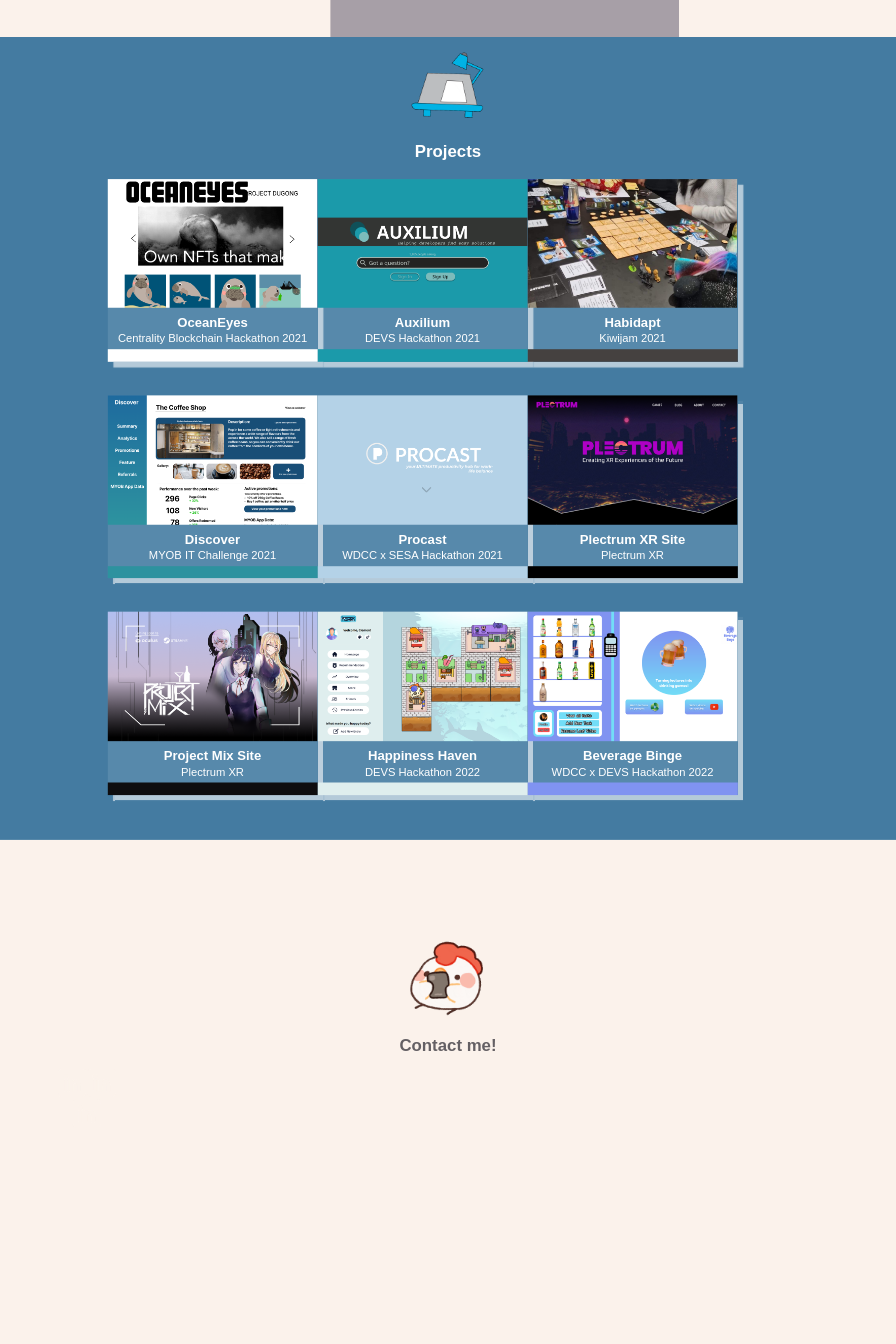
Repository: lukisoo/lukisoo-portfolio
Page: /
These files come from the project's save history. The page is drawn as it stood at one moment and after the next save; the edit follows.
The browser window is 1280 px wide. The pictures show the part of the page from y = 1387 to 3307 px (the page is 3307 px tall), at 70% of full size.
The project was rebuilt for these pictures with package versions that can differ from the ones it lists, and the page was loaded fresh each time.

Above is the page before, as saved 2022-07-31 21:20:21.

After the next save:
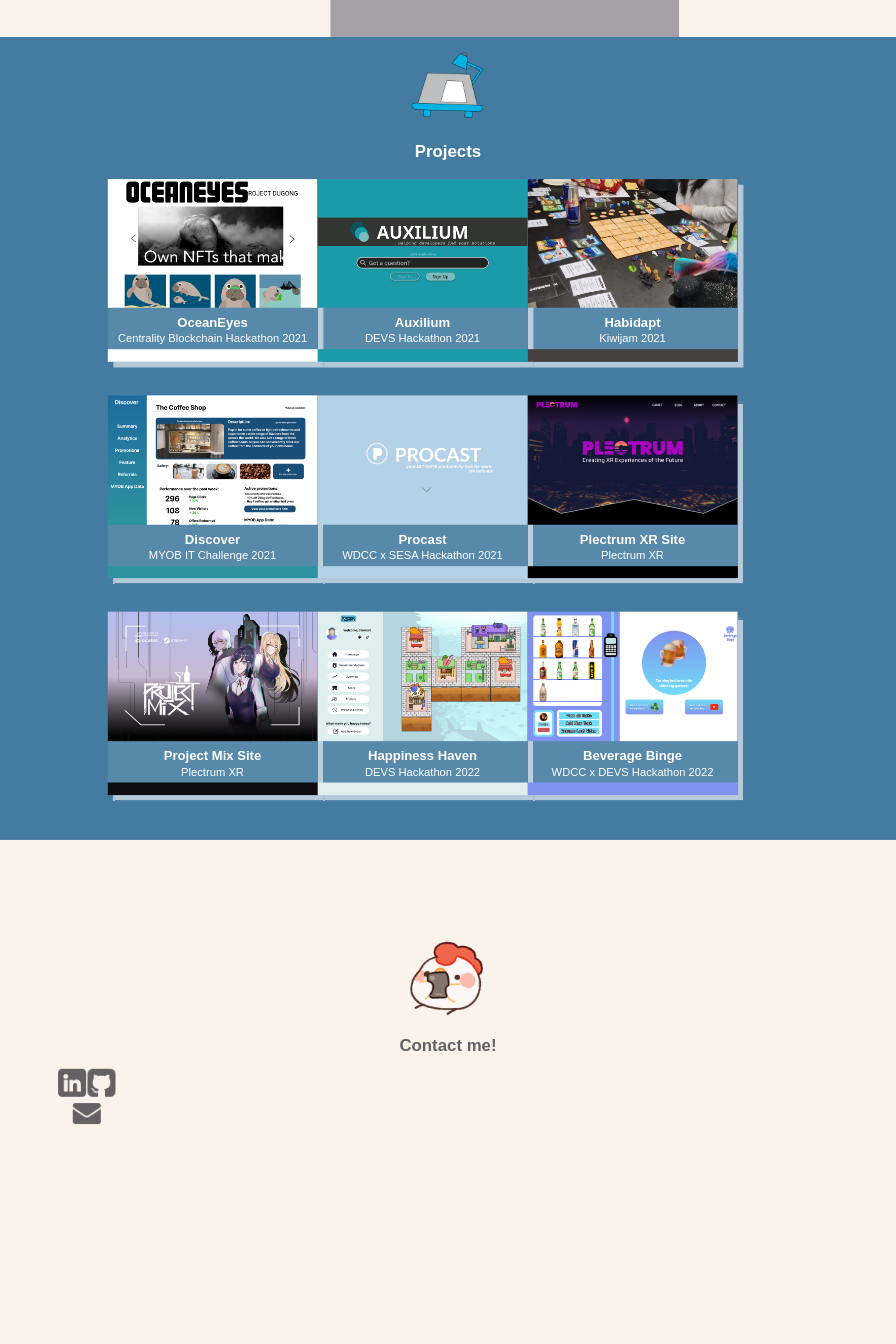
Saved 42 s later.
--- a/src/App.js
+++ b/src/App.js
@@ -282,39 +282,36 @@ function App() {
           <h1>Contact me!</h1>
           <Grid container spacing={2}>
             <Grid item xs={6} md={12}>
-
-            <Tooltip title="LinkedIn">
-                <a href="https://www.linkedin.com/in/lucyzhu613/">
-                  <img
-                    src={LinkedinLogo}
-                    className="social-logo"
-                    alt="Linkedin Logo"
-                  />
-                </a>
-              </Tooltip>
-
               <Tooltip title="LinkedIn">
                 <a href="https://www.linkedin.com/in/lucyzhu613/">
                   <img
-                    src={LinkedinLogo}
+                    src={LinkedinLogo2}
                     className="social-logo"
                     alt="Linkedin Logo"
                   />
                 </a>
               </Tooltip>
 
-              <Tooltip title="LinkedIn">
+              <Tooltip title="Github">
                 <a href="https://www.linkedin.com/in/lucyzhu613/">
                   <img
-                    src={LinkedinLogo}
-                    className="social-logo"
-                    alt="Linkedin Logo"
-                  />
-                </a>
-              </Tooltip>
-
-            </Grid>
-
+                    src={GithubLogo2}
+                    className="social-logo"
+                    alt="Github Logo"
+                  />
+                </a>
+              </Tooltip>
+
+              <Tooltip title="Email: lzlucyz@gmail.com">
+                <a href="https://www.linkedin.com/in/lucyzhu613/">
+                  <img
+                    src={EmailLogo}
+                    className="social-logo"
+                    alt="Email Logo"
+                  />
+                </a>
+              </Tooltip>
+            </Grid>
           </Grid>
         </div>
       </section>
